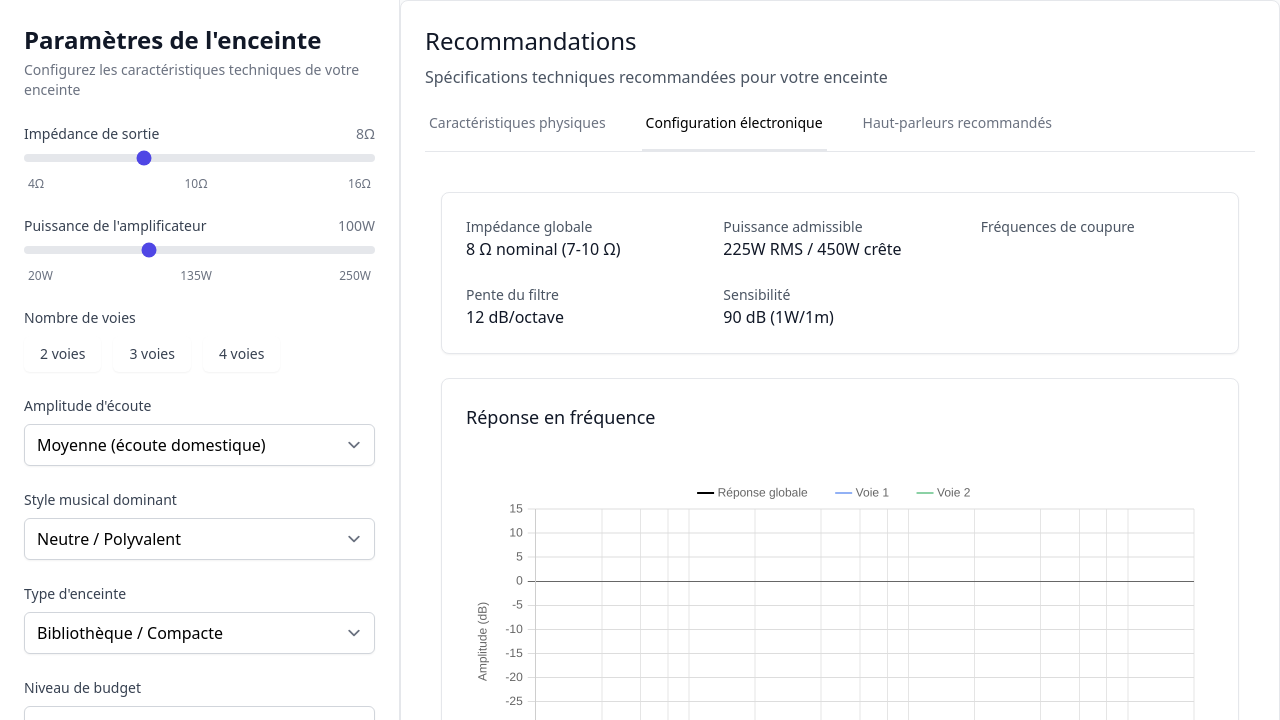
Repository: flobutbut/AcuoTune
Page: /, after clicking the first element matching `nav.flex > :nth-child(2)`
An editor plug-in stored every save of this project. The page is shown before and after the next save, followed by the edit.
The browser window is 1280 px wide. The pictures show the whole page.
An inner scrolling area shows only its first screen. The project was rebuilt for these pictures with package versions that can differ from the ones it lists, and the page was loaded fresh each time. Also part of the build but not shown: vite.config.ts, src/components/configurateur/recommendations/SpeakersTab.vue.

Above is the page before, as saved 2025-02-28 15:10:26.

### src/main.ts
import './assets/main.css'

import { createApp } from 'vue'
import { createPinia } from 'pinia'
import App from './App.vue'
import router from './router'

// Pour le débogage
console.log('Initializing app...')

const app = createApp(App)
const pinia = createPinia()

// Pour le débogage
app.config.errorHandler = (err, instance, info) => {
  console.error('Vue Error:', err)
  console.log('Component:', instance)
  console.log('Info:', info)
}

app.use(pinia)
app.use(router)

app.mount('#app')

// Pour le débogage
console.log('App mounted')

### src/App.vue
<script setup lang="ts">
import { RouterView } from 'vue-router'
</script>

<template>
  <RouterView />
</template>

<style>
#app {
  height: 100vh;
  width: 100vw;
}
</style>

### src/router/index.ts
import { createRouter, createWebHashHistory } from 'vue-router'
import ConfigurateurView from '../views/ConfigurateurView.vue'

const base = process.env.NODE_ENV === 'production' ? '/AcuoTune/' : '/'

const router = createRouter({
  history: createWebHashHistory(base),
  routes: [
    {
      path: '/',
      name: 'home',
      component: ConfigurateurView
    }
  ]
})

export default router

### src/views/ConfigurateurView.vue
<script setup lang="ts">
import ConfigurationPanel from '@/components/configurateur/ConfigurationPanel.vue'
import RecommendationsPanel from '@/components/configurateur/RecommendationsPanel.vue'
</script>

<template>
  <div class="flex h-screen bg-gray-50">
    <!-- Colonne de gauche - Configuration -->
    <div class="w-[400px] min-w-[400px] overflow-y-auto border-r border-gray-200 bg-white">
      <ConfigurationPanel />
    </div>

    <!-- Colonne de droite - Recommandations -->
    <div class="flex-1 overflow-y-auto">
      <RecommendationsPanel />
    </div>
  </div>
</template>

<style>
/* Supprimer les marges par défaut */
body {
  margin: 0;
  padding: 0;
}

/* Assurer que l'app prend toute la hauteur */
#app {
  height: 100vh;
}
</style>

### src/components/configurateur/RecommendationsPanel.vue
<script setup lang="ts">
import { ref } from 'vue'
import PhysicalTab from './recommendations/PhysicalTab.vue'
import ElectronicTab from './recommendations/ElectronicTab.vue'
import SpeakersTab from './recommendations/SpeakersTab.vue'

const activeTab = ref('physique')

// Données temporaires pour test
const physicalRecommendations = {
  volume: '30L',
  dimensions: {
    height: '80cm',
    width: '30cm',
    depth: '40cm'
  },
  materials: ['MDF 19mm', 'Contreplaqué bouleau 18mm'],
  portType: 'Bass-reflex',
  port: {
    surface: '50cm²',
    length: '15cm',
    diameter: '8cm',
    tuningFreq: '35Hz'
  }
}

const electronicRecommendations = {
  impedance: '8Ω',
  power: '100W RMS',
  crossoverFreqs: ['500Hz', '3.5kHz'],
  filterSlope: '12dB/octave',
  efficiency: '89dB'
}

const speakerRecommendations = [
  {
    type: 'Grave',
    impedance: '8Ω',
    power: '100W RMS',
    sensitivity: '89dB'
  },
  {
    type: 'Médium',
    impedance: '8Ω',
    power: '50W RMS',
    sensitivity: '91dB'
  },
  {
    type: 'Aigu',
    impedance: '8Ω',
    power: '25W RMS',
    sensitivity: '92dB'
  }
]
</script>

<template>
  <div class="w-full bg-white rounded-lg shadow-sm border border-gray-200">
    <div class="p-6">
      <h2 class="text-2xl font-medium text-gray-900 mb-2">Recommandations</h2>
      <p class="text-gray-600 mb-6">Spécifications techniques recommandées pour votre enceinte</p>

      <!-- Onglets -->
      <div class="border-b border-gray-200">
        <nav class="flex space-x-8" aria-label="Tabs">
          <button
            v-for="tab in ['physique', 'electronique', 'hautparleurs']"
            :key="tab"
            @click="activeTab = tab"
            :class="[
              'pb-4 px-1 font-medium text-sm border-b-2 transition-colors',
              activeTab === tab
                ? 'border-primary-600 text-primary-600'
                : 'border-transparent text-gray-500 hover:text-gray-700 hover:border-gray-300'
            ]"
          >
            {{ tab === 'physique' ? 'Caractéristiques physiques' :
               tab === 'electronique' ? 'Configuration électronique' :
               'Haut-parleurs recommandés' }}
          </button>
        </nav>
      </div>

      <!-- Contenu des onglets -->
      <div class="mt-6">
        <PhysicalTab v-if="activeTab === 'physique'" />
        <ElectronicTab v-if="activeTab === 'electronique'" />
        <SpeakersTab v-if="activeTab === 'hautparleurs'" />
      </div>
    </div>
  </div>
</template>

### src/components/configurateur/controls/RangeInput.vue
<script setup lang="ts">
defineProps<{
  label: string
  name: string
  value: number
  min: number
  max: number
  step: number
  unit?: string
}>()

defineEmits<{
  (e: 'update', event: Event): void
}>()
</script>

<template>
  <div class="space-y-2">
    <!-- Label et valeur actuelle -->
    <div class="flex justify-between items-center">
      <label :for="name" class="block text-sm font-medium text-gray-700">
        {{ label }}
      </label>
      <span class="text-sm text-gray-500">
        {{ value }}{{ unit }}
      </span>
    </div>

    <!-- Input range -->
    <input
      :id="name"
      type="range"
      :name="name"
      :min="min"
      :max="max"
      :step="step"
      :value="value"
      @input="$emit('update', $event)"
      class="w-full h-2 bg-gray-200 rounded-lg appearance-none cursor-pointer
             dark:bg-gray-700 accent-indigo-600 focus:outline-none focus:ring-2
             focus:ring-indigo-500 focus:ring-offset-2"
    />

    <!-- Valeurs min/max -->
    <div class="flex justify-between px-1">
      <span class="text-xs text-gray-500">{{ min }}{{ unit }}</span>
      <span class="text-xs text-gray-500">{{ Math.round((max + min) / 2) }}{{ unit }}</span>
      <span class="text-xs text-gray-500">{{ max }}{{ unit }}</span>
    </div>
  </div>
</template>

### src/components/configurateur/controls/SelectInput.vue
<script setup lang="ts">
interface Option {
  value: string
  label: string
}

defineProps<{
  label: string
  name: string
  value: string
  options: Option[]
}>()

defineEmits<{
  (e: 'update', event: Event): void
}>()
</script>

<template>
  <div class="space-y-2">
    <label :for="name" class="block text-sm font-medium text-gray-700">
      {{ label }}
    </label>
    <select
      :id="name"
      :name="name"
      :value="value"
      @change="$emit('update', $event)"
      class="mt-1 block w-full rounded-md border-gray-300 py-2 pl-3 pr-10 text-base
             focus:border-indigo-500 focus:outline-none focus:ring-indigo-500
             bg-white shadow-sm"
    >
      <option
        v-for="option in options"
        :key="option.value"
        :value="option.value"
        class="text-gray-900"
      >
        {{ option.label }}
      </option>
    </select>
  </div>
</template>

### src/constants/configurateur.ts
export const IMPEDANCE_OPTIONS = {
  min: 4,
  max: 16,
  step: 4
}

export const PUISSANCE_OPTIONS = {
  min: 20,
  max: 250,
  step: 10
}

export const AMPLITUDE_ECOUTE_OPTIONS = [
  { value: 'faible', label: 'Faible (écoute de proximité)' },
  { value: 'moyenne', label: 'Moyenne (écoute domestique)' },
  { value: 'forte', label: 'Forte (home-cinéma, fêtes)' }
]

export const STYLE_MUSICAL_OPTIONS = [
  { value: 'neutre', label: 'Neutre / Polyvalent' },
  { value: 'hifi', label: 'Hi-Fi / Audiophile' },
  { value: 'bass', label: 'Bass heavy (Electronic, Hip-hop)' },
  { value: 'acoustique', label: 'Acoustique / Classique' }
]

export const TYPE_ENCEINTE_OPTIONS = [
  { value: 'bibliothèque', label: 'Bibliothèque / Compacte' },
  { value: 'colonne', label: 'Colonne' },
  { value: 'monitoring', label: 'Monitoring' }
]

export const BUDGET_NIVEAU_OPTIONS = [
  { value: 'économique', label: 'Économique' },
  { value: 'moyen', label: 'Moyen' },
  { value: 'élevé', label: 'Élevé' }
]

export const DISTANCE_MUR_OPTIONS = [
  { value: 'proche', label: 'Proche (< 20cm)' },
  { value: 'moyenne', label: 'Moyenne (20-40cm)' },
  { value: 'éloignée', label: 'Éloignée (> 40cm)' }
]

export const UTILISATION_OPTIONS = [
  { value: 'musique', label: 'Musique' },
  { value: 'homecinema', label: 'Home-cinéma' },
  { value: 'mixte', label: 'Mixte (Musique + Home-cinéma)' },
  { value: 'studio', label: 'Production / Mixage studio' }
]

export const TYPE_CHARGE_OPTIONS = [
  { value: 'clos', label: 'Clos' },
  { value: 'bass-reflex', label: 'Bass-reflex' },
  { value: 'double-bass-reflex', label: 'Double Bass-reflex' }
]

export const PENTE_FILTRE_OPTIONS = [
  { value: '12', label: '12 dB/octave' },
  { value: '18', label: '18 dB/octave' },
  { value: '24', label: '24 dB/octave' }
]

export const FACTEUR_QUALITE_OPTIONS = [
  { value: '0.5', label: 'Q = 0.5 (Sous-amorti)' },
  { value: '0.707', label: 'Q = 0.707 (Butterworth)' },
  { value: '1.0', label: 'Q = 1.0 (Sur-amorti)' }
]

### src/components/configurateur/recommendations/ElectronicTab.vue
<script setup lang="ts">
import { computed } from 'vue'
import { useConfigurateurStore } from '@/stores/configurateur'
import { calculateElectronic } from '@/utils/calculations/electronic'
import { calculateAcoustic } from '@/utils/calculations/acoustic'
import FrequencyResponseChart from '../FrequencyResponseChart.vue'

const store = useConfigurateurStore()

const electronicRecommendations = computed(() => {
  if (!store.config) return null
  const acousticParams = calculateAcoustic(store.config)
  return calculateElectronic(store.config, acousticParams)
})
</script>

<template>
  <div class="space-y-6 p-4">
    <div v-if="electronicRecommendations" class="space-y-6">
      <!-- Panneau des paramètres -->
      <div class="bg-white rounded-lg shadow-sm border border-gray-200 p-6">
        <div class="grid grid-cols-2 md:grid-cols-3 gap-6">
          <div v-for="(value, key) in [
            { label: 'Impédance globale', value: electronicRecommendations.impedanceGlobale },
            { label: 'Puissance admissible', value: electronicRecommendations.puissanceAdmissible },
            { label: 'Fréquences de coupure', value: electronicRecommendations.frequencesCoupure.join(' / ') },
            { label: 'Pente du filtre', value: electronicRecommendations.penteFiltre },
            { label: 'Sensibilité', value: electronicRecommendations.sensibilite }
          ]" :key="key" class="group">
            <div class="text-sm text-gray-600 group-hover:text-gray-800 transition-colors">{{ value.label }}</div>
            <div class="font-medium text-gray-900">{{ value.value }}</div>
          </div>
        </div>
      </div>

      <!-- Graphique -->
      <div class="bg-white rounded-lg shadow-sm border border-gray-200 p-6">
        <h3 class="text-lg font-medium text-gray-900 mb-4">Réponse en fréquence</h3>
        <div class="h-[400px] w-full">
          <FrequencyResponseChart
            :config="store.config"
            :electronic-params="electronicRecommendations"
          />
        </div>
      </div>
    </div>

    <div v-else class="flex items-center justify-center h-48 bg-gray-50 rounded-lg">
      <div class="text-gray-500">
        <svg class="w-8 h-8 mx-auto mb-2 animate-spin" viewBox="0 0 24 24" fill="none">
          <circle class="opacity-25" cx="12" cy="12" r="10" stroke="currentColor" stroke-width="4"/>
          <path class="opacity-75" fill="currentColor" d="M4 12a8 8 0 018-8V0C5.373 0 0 5.373 0 12h4z"/>
        </svg>
        <span>Chargement des recommandations...</span>
      </div>
    </div>
  </div>
</template>

### src/utils/calculations/electronic.ts
import type { Config } from '@/types/configurateur'
import type { ElectronicRecommendation } from '@/types/configurateur'

interface AcousticResult {
  volumeOptimal: number
  frequenceAccord: number
  facteurQualite: number
  frequenceResonance: number
  rendementBasse: number
  puissanceMax: number
}

export function calculateElectronic(config: Config, acoustic: AcousticResult): ElectronicRecommendation {
  console.log('Calculating electronic parameters for:', { config, acoustic })

  // Calcul des fréquences de coupure
  const frequencesCoupure = calculateCrossoverFrequencies(config)

  // Calcul de la pente des filtres
  const penteFiltre = calculateFilterSlope(config)

  // Calcul de l'impédance globale
  const impedanceGlobale = calculateGlobalImpedance(config)

  // Calcul de la puissance admissible
  const puissanceAdmissible = calculateAdmissiblePower(acoustic.puissanceMax)

  // Calcul de la sensibilité globale
  const sensibilite = calculateGlobalSensitivity(config, acoustic)

  const result: ElectronicRecommendation = {
    frequencesCoupure,
    penteFiltre,
    impedanceGlobale,
    puissanceAdmissible,
    sensibilite
  }

  console.log('Electronic calculation result:', result)
  return result
}

function calculateCrossoverFrequencies(config: Config): string[] {
  // Si mode avancé et fréquences manuelles définies, les utiliser
  if (config.showAdvanced && config.freqCoupureManuelle.length > 0) {
    return config.freqCoupureManuelle.map(freq => `${freq} Hz`)
  }

  // Sinon, calculer les fréquences recommandées
  const freqs: number[] = []
  switch (config.nombreVoies) {
    case 2:
      freqs.push(config.styleMusical === 'bass' ? 2500 : 3000)
      break
    case 3:
      freqs.push(
        config.styleMusical === 'bass' ? 400 : 500,
        config.styleMusical === 'bass' ? 2500 : 3000
      )
      break
    case 4:
      freqs.push(
        config.styleMusical === 'bass' ? 200 : 250,
        config.styleMusical === 'bass' ? 800 : 1000,
        config.styleMusical === 'bass' ? 2500 : 3000
      )
      break
  }
  return freqs.map(freq => `${freq} Hz`)
}

function calculateFilterSlope(config: Config): string {
  // Si mode avancé, utiliser la pente configurée
  if (config.showAdvanced) {
    return `${config.penteFiltre} dB/octave`
  }

  // Sinon, déterminer la pente recommandée
  if (config.budgetNiveau === 'élevé' || config.styleMusical === 'hifi') {
    return '24 dB/octave'
  } else if (config.nombreVoies >= 3) {
    return '18 dB/octave'
  }
  return '12 dB/octave'
}

function calculateGlobalImpedance(config: Config): string {
  // Calcul de l'impédance nominale
  let impedance = config.impedance

  // Ajustements selon le nombre de voies
  if (config.nombreVoies >= 3) {
    impedance = Math.max(4, impedance - 2)
  }

  return `${impedance} Ω nominal (${impedance - 1}-${impedance + 2} Ω)`
}

function calculateAdmissiblePower(maxPower: number): string {
  const rms = Math.round(maxPower)
  const peak = Math.round(maxPower * 2)
  return `${rms}W RMS / ${peak}W crête`
}

function calculateGlobalSensitivity(config: Config, acoustic: AcousticResult): string {
  // Sensibilité de base selon le rendement calculé
  let sensitivity = acoustic.rendementBasse

  // Ajustements selon l'amplitude d'écoute
  const sensAdjust = {
    'faible': -2,
    'moyenne': 0,
    'forte': +2
  }
  sensitivity += sensAdjust[config.amplitudeEcoute as keyof typeof sensAdjust] || 0

  // Ajustements selon le nombre de voies
  sensitivity += (config.nombreVoies - 2) * 0.5

  return `${Math.round(sensitivity)} dB (1W/1m)`
}

### src/components/configurateur/FrequencyResponseChart.vue
<script setup lang="ts">
import { onMounted, watch, ref, onUnmounted } from 'vue'
import Chart from 'chart.js/auto'
import { calculateVoiceResponse, calculateGlobalResponse } from '@/utils/calculations/frequency-response'
import type { Config } from '@/types/configurateur'

const props = defineProps<{
  config: Config
  electronicParams: any
}>()

const chartCanvas = ref<HTMLCanvasElement | null>(null)
let frequencyChart: Chart | null = null

function generateChartData() {
  console.log('Generating chart data with config:', props.config)
  console.log('Electronic params:', props.electronicParams)

  const frequencies = []
  const voieDatasets = []
  const nombreVoies = parseInt(props.config.nombreVoies)

  // Initialisation des tableaux pour chaque voie
  const voieResponses = Array.from({ length: nombreVoies }, () => [])
  const globalResponses = []

  // Génération des fréquences
  for (let i = 0; i <= 400; i++) {
    const f = Math.round(10 * Math.pow(10, i * 3 / 400))
    if (f <= 20000) {
      frequencies.push(f)

      // Calcul pour chaque voie
      const currentVoiceResponses = []
      for (let v = 0; v < nombreVoies; v++) {
        const response = calculateVoiceResponse(f, v, props.config, props.electronicParams)
        voieResponses[v].push(response)
        currentVoiceResponses.push(response)
      }

      // Calcul de la réponse globale
      const globalResponse = calculateGlobalResponse(f, currentVoiceResponses)
      globalResponses.push(globalResponse)
    }
  }

  console.log('Voice responses:', voieResponses)
  console.log('Global responses:', globalResponses)

  // Création des datasets pour chaque voie
  const voieColors = ['#2563eb', '#16a34a', '#dc2626', '#9333ea']
  for (let v = 0; v < nombreVoies; v++) {
    voieDatasets.push({
      label: `Voie ${v + 1}`,
      data: frequencies.map((f, i) => ({
        x: f,
        y: voieResponses[v][i]
      })),
      borderColor: voieColors[v],
      borderDash: [5, 5],
      borderWidth: 1,
      fill: false,
      tension: 0.4,
      pointRadius: 0
    })
  }

  // Dataset pour la réponse globale
  const globalDataset = {
    label: 'Réponse globale',
    data: frequencies.map((f, i) => ({
      x: f,
      y: globalResponses[i]
    })),
    borderColor: '#000000',
    borderWidth: 2,
    fill: false,
    tension: 0.4,
    pointRadius: 0,
    order: -1 // Pour s'assurer que la courbe globale est au-dessus
  }

  return {
    voieDatasets,
    globalDataset
  }
}

function createChart() {
  if (!chartCanvas.value) return
  const ctx = chartCanvas.value.getContext('2d')
  if (!ctx) return

  const { voieDatasets, globalDataset } = generateChartData()

  if (frequencyChart) {
    frequencyChart.destroy()
  }

  frequencyChart = new Chart(ctx, {
    type: 'line',
    data: {
      datasets: [...voieDatasets, globalDataset]
    },
    options: {
      responsive: true,
      maintainAspectRatio: false,
      layout: {
        padding: {
          top: 10,
          right: 20,
          bottom: 10,
          left: 10
        }
      },
      scales: {
        x: {
          type: 'logarithmic',
          min: 20,
          max: 20000,
          title: {
            display: true,
            text: 'Fréquence (Hz)',
            padding: { top: 10, bottom: 0 }
          },
          ticks: {
            callback: (value: any) => {
              if ([20, 50, 100, 200, 500, 1000, 2000, 5000, 10000, 20000].includes(value)) {
                if (value >= 1000) {
                  return `${value/1000}k`
                }
                return value
              }
              return ''
            }
          }
        },
        y: {
          min: -40,
          max: 15,
          title: {
            display: true,
            text: 'Amplitude (dB)',
            padding: { top: 0, bottom: 10 }
          },
          ticks: {
            stepSize: 5,
            callback: (value: any) => `${value}`,
            padding: 5
          },
          grid: {
            drawBorder: true,
            color: (context: any) => {
              if (context.tick.value === 0) {
                return '#666'
              }
              return '#ddd'
            }
          }
        }
      },
      plugins: {
        legend: {
          display: true,
          position: 'top',
          align: 'center',
          labels: {
            usePointStyle: true,
            pointStyle: 'line',
            boxWidth: 40,
            padding: 30
          }
        },
        tooltip: {
          mode: 'index',
          intersect: false,
          callbacks: {
            label: function(context: any) {
              return `${context.dataset.label}: ${context.parsed.y.toFixed(1)} dB @ ${context.parsed.x} Hz`
            }
          }
        }
      },
      elements: {
        line: {
          tension: 0.1,
          borderWidth: 1.5
        },
        point: {
          radius: 0
        }
      },
      animation: {
        duration: 0
      },
      devicePixelRatio: 2
    }
  })
}

onMounted(() => {
  createChart()
})

watch([() => props.config, () => props.electronicParams], () => {
  createChart()
}, { deep: true })

onUnmounted(() => {
  if (frequencyChart) {
    frequencyChart.destroy()
  }
})
</script>

<template>
  <div class="frequency-response-container">
    <div class="frequency-response-chart">
      <canvas ref="chartCanvas"></canvas>
    </div>
  </div>
</template>

<style scoped>
.frequency-response-container {
  width: 100%;
}

.frequency-response-chart {
  background-color: white;
  border-radius: 0.5rem;
  height: 400px;
  position: relative;
}

canvas {
  position: absolute;
  top: 0;
  left: 0;
  width: 100% !important;
  height: 100% !important;
}
</style>

Loaded but not shown: index.html (common file); src/assets/main.css (common file); tailwind.config.js (13 lines, source omitted); src/utils/calculations/acoustic.ts (372 lines, source omitted); src/utils/calculations/frequency-response.ts (270 lines, source omitted); src/components/configurateur/ConfigurationPanel.vue (237 lines, source omitted); src/utils/calculations/physical.ts (240 lines, source omitted); src/stores/configurateur.ts (167 lines, source omitted); src/components/configurateur/recommendations/PhysicalTab.vue (104 lines, source omitted)

After the next save:
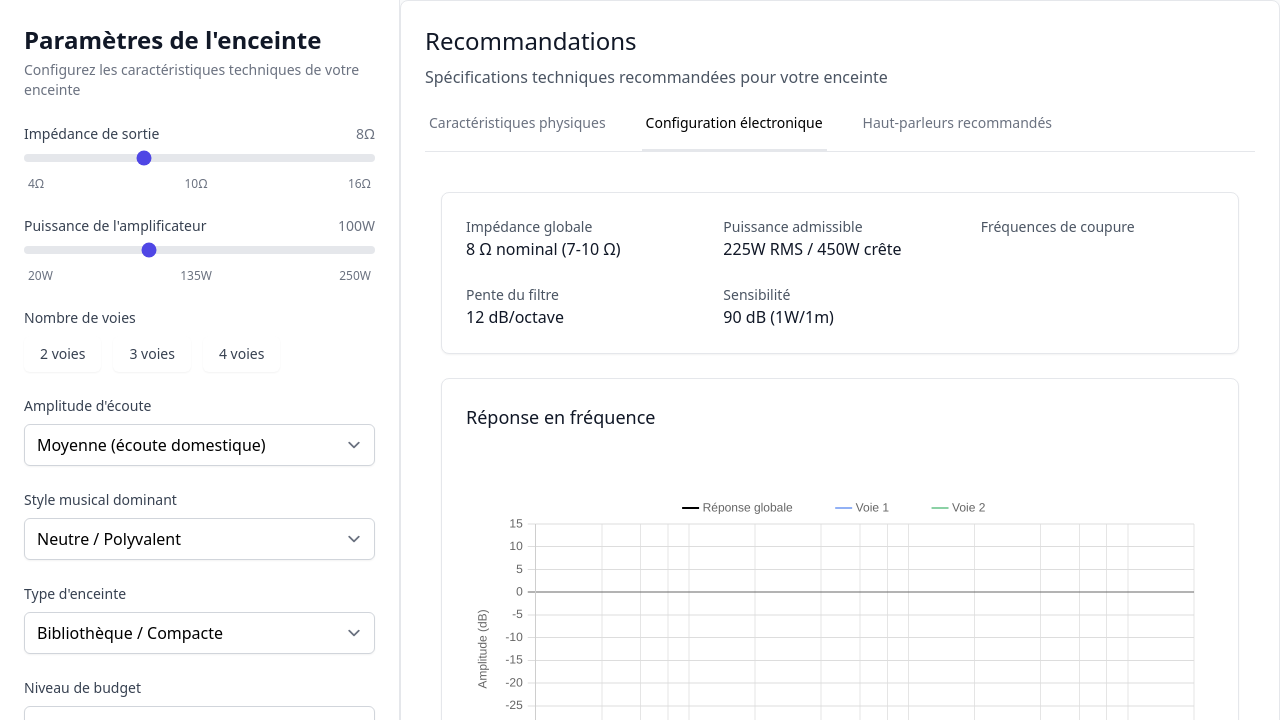
Saved 3 min 42 s later.
--- a/src/components/configurateur/FrequencyResponseChart.vue
+++ b/src/components/configurateur/FrequencyResponseChart.vue
@@ -168,7 +168,7 @@ function createChart() {
             usePointStyle: true,
             pointStyle: 'line',
             boxWidth: 40,
-            padding: 30
+            padding: 45
           }
         },
         tooltip: {
